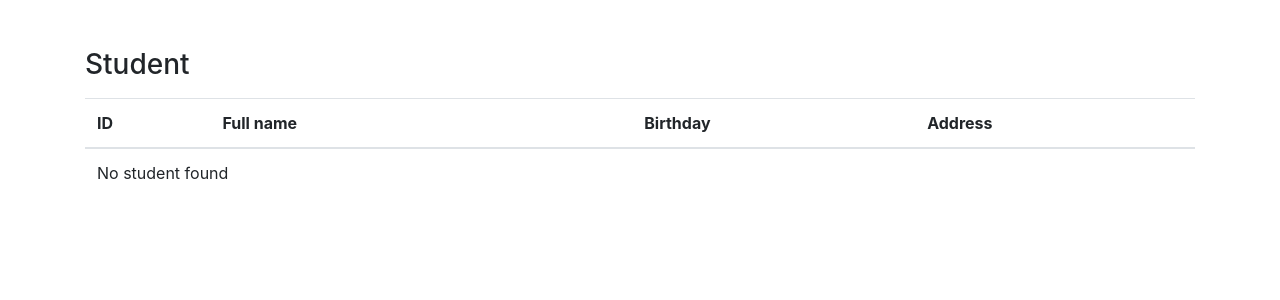
Repository: HungRau/TLU3675-php-laravel
Page: http://localhost/student-manage
These files come from the project's save history. The page is drawn as it stood at one moment and after the next save; the edit follows.
The browser window is 1280 px wide. The pictures show the whole page.
The page is served by the project's Laravel application, run on PHP 8.4 with Laravel 9. Queries for data that is not in the repository find no rows.

Above is the page before, as saved 2022-10-15 10:05:26.

After the next save:
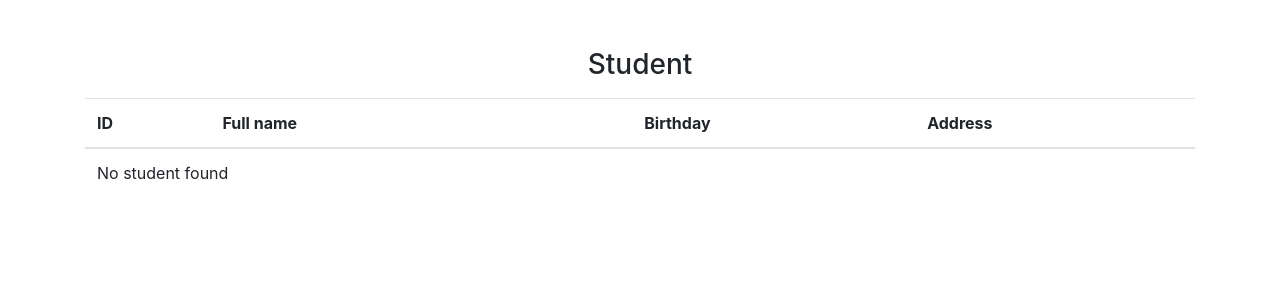
Saved 12 s later.
--- a/resources/views/student_manage.blade.php
+++ b/resources/views/student_manage.blade.php
@@ -16,7 +16,7 @@
                 {{-- <div class="text-left"><a href="product/create" class="btn btn-outline-primary">Add new
                     product</a></div> --}}
                 <div >
-                    <h3 class="text-left">Student</h3>
+                    <h3 class="text-center">Student</h3>
                 </div>
                 <table class="table mt-3  text-left">
                     <thead>
